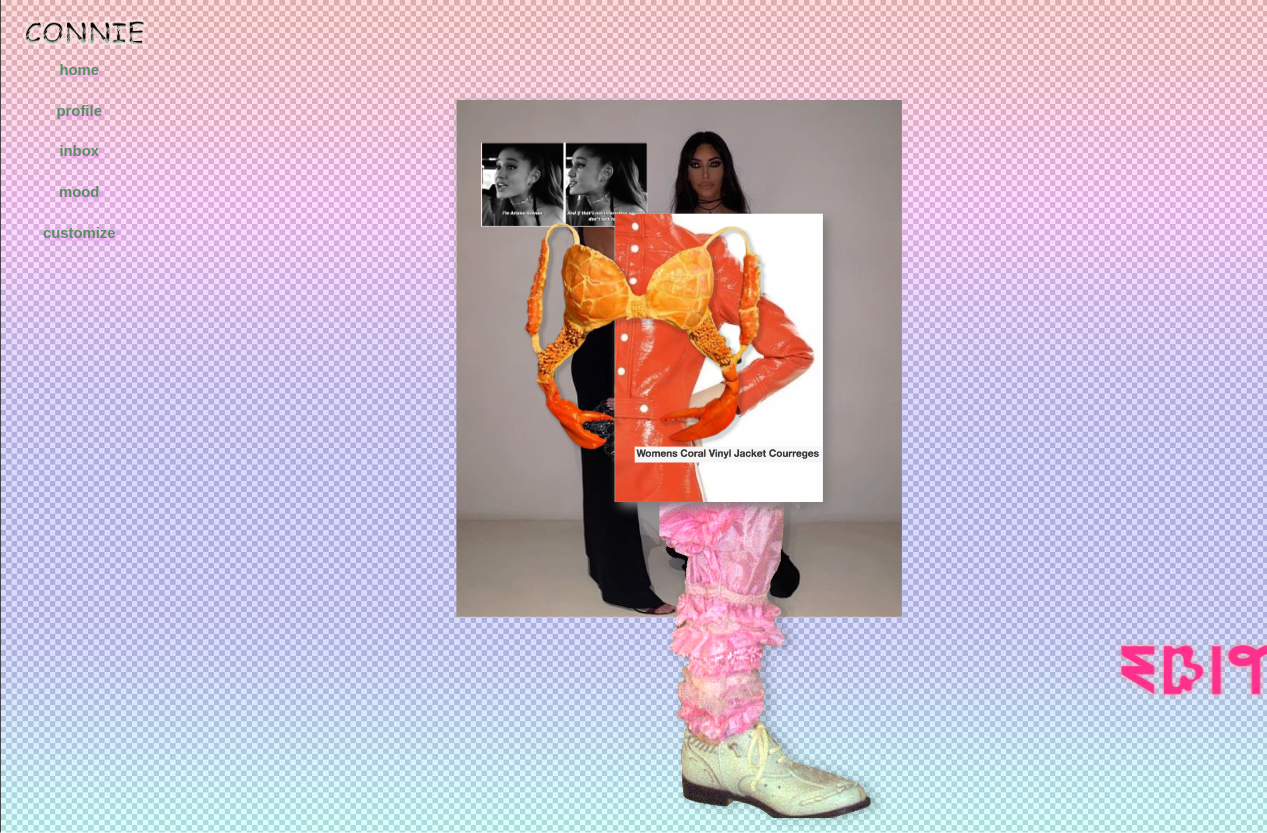
Repository: xuc009/xuc009.github.io
Page: track12/index.html
An editor plug-in stored every save of this project. The page is shown before and after the next save, followed by the edit.
The browser window is 1280 px wide. The pictures show the whole page, at 99% of full size.
Some web fonts or font styles are not loaded; a fallback is used. Some web libraries are served in a nearby version.

Above is the page before, as saved 2018-12-08 16:53:01.

After the next save:
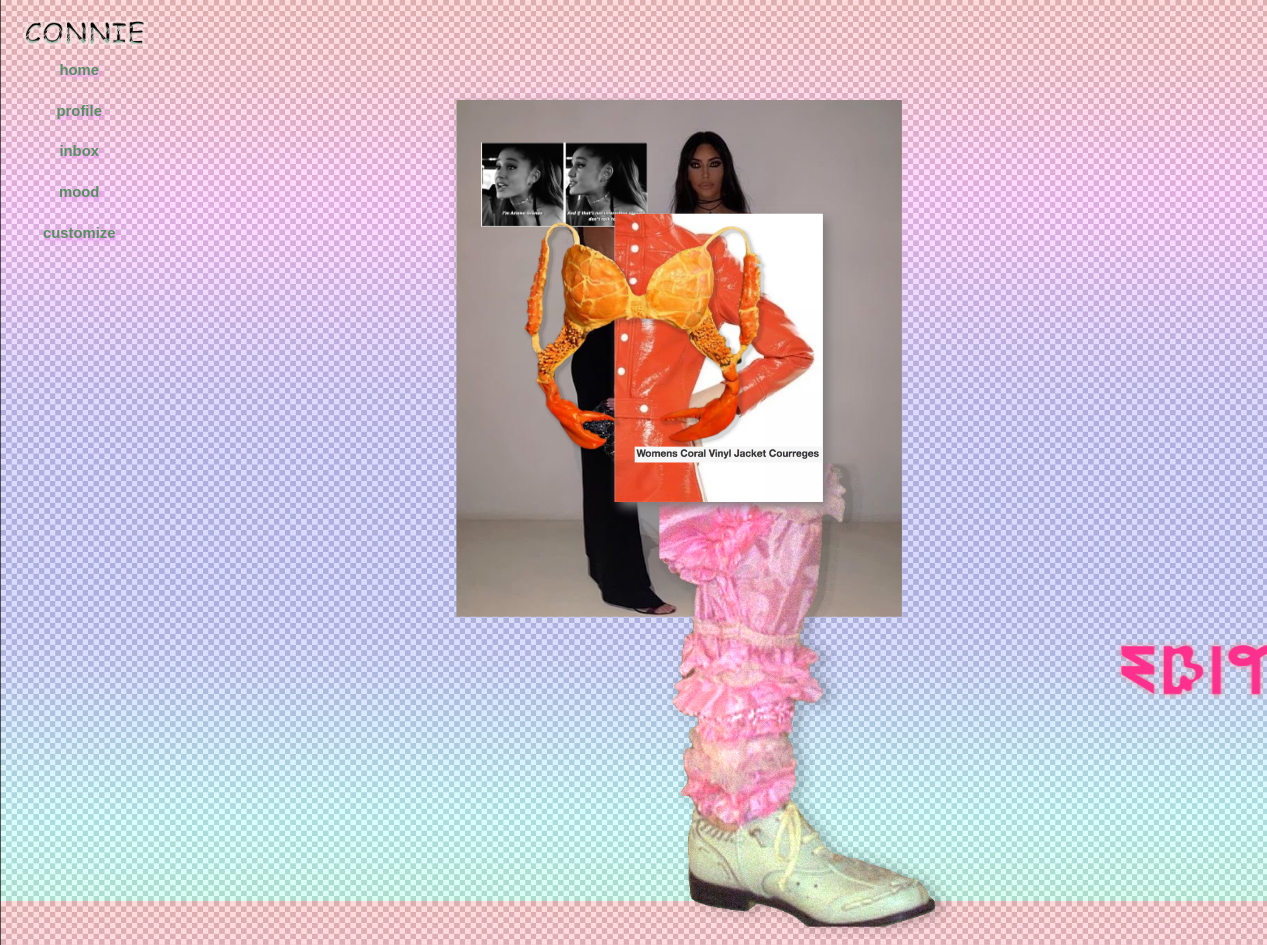
Saved 7 s later.
--- a/track12/index.html
+++ b/track12/index.html
@@ -61,7 +61,7 @@
       <div id="draggable3" class="ui-widget-content draggable tooltip">
           <span class="tooltiptext">https://goo.gl/MuuDqj</span>
           <a href="https://goo.gl/MuuDqj" target="_blank">
-          <img src="assets/img/foot1.png" width="230px">
+          <img src="assets/img/foot1.png" width="300px">
           </a>
         </div>
 
